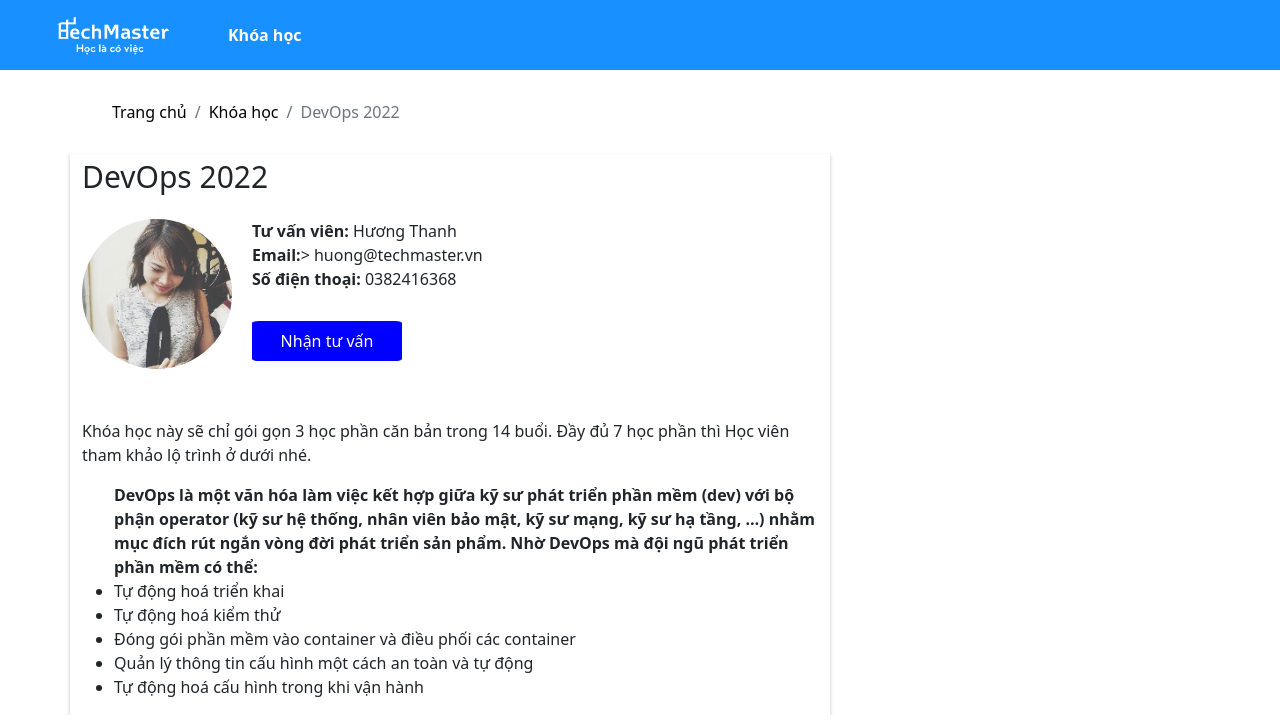
Repository: khanhnahk306/khanhnahk.github.io
Page: Clone_Techmaster/html/devops.html
These files come from the project's save history. The page is drawn as it stood at one moment and after a run of saves; the edit follows.
The browser window is 1280 px wide. The pictures show the whole page.

Above is the page before, as saved 2022-06-10 13:41:06.

After the next 3 saves:
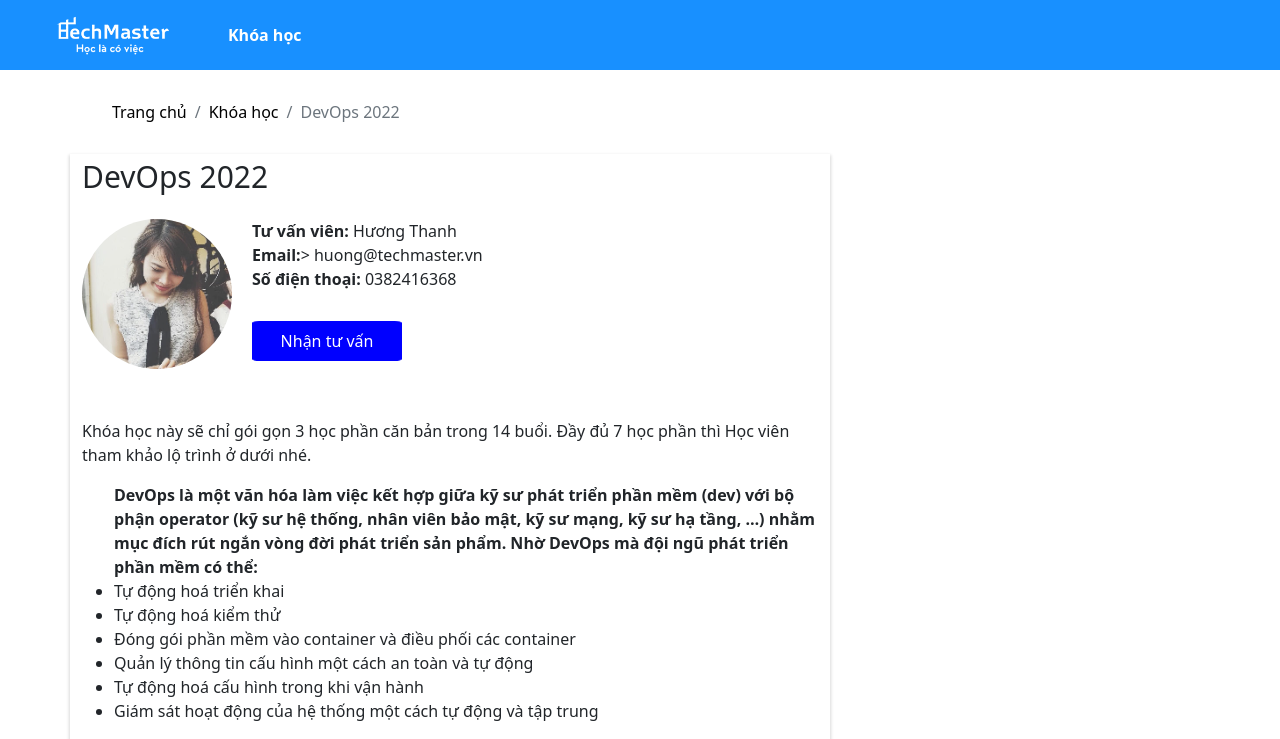
The 3 saves are shown as one change because they came seconds apart.
The last was saved 10 s later.
--- a/Clone_Techmaster/html/devops.html
+++ b/Clone_Techmaster/html/devops.html
@@ -77,14 +77,17 @@
                         tham khảo lộ trình ở dưới nhé.
                     </p>
                     <ul>
-                    <b> DevOps là một văn hóa làm việc kết hợp giữa kỹ sư phát triển phần mềm (dev) với bộ phận operator
-                        (kỹ sư hệ thống, nhân viên bảo mật, kỹ sư mạng, kỹ sư hạ tầng, …) nhằm mục đích rút ngắn vòng
-                        đời phát triển sản phẩm. Nhờ DevOps mà đội ngũ phát triển phần mềm có thể:</b>
-                    <li>Tự động hoá triển khai</li>
-                    <li>Tự động hoá kiểm thử</li>
-                    <li>Đóng gói phần mềm vào container và điều phối các container</li>
-                    <li>Quản lý thông tin cấu hình một cách an toàn và tự động</li>
-                    <li>Tự động hoá cấu hình trong khi vận hành</li>
+                        <b> DevOps là một văn hóa làm việc kết hợp giữa kỹ sư phát triển phần mềm (dev) với bộ phận
+                            operator
+                            (kỹ sư hệ thống, nhân viên bảo mật, kỹ sư mạng, kỹ sư hạ tầng, …) nhằm mục đích rút ngắn
+                            vòng
+                            đời phát triển sản phẩm. Nhờ DevOps mà đội ngũ phát triển phần mềm có thể:</b>
+                        <li>Tự động hoá triển khai</li>
+                        <li>Tự động hoá kiểm thử</li>
+                        <li>Đóng gói phần mềm vào container và điều phối các container</li>
+                        <li>Quản lý thông tin cấu hình một cách an toàn và tự động</li>
+                        <li>Tự động hoá cấu hình trong khi vận hành</li>
+                        <li>Giám sát hoạt động của hệ thống một cách tự động và tập trung</li>
                     </ul>
                 </div>
             </div>
